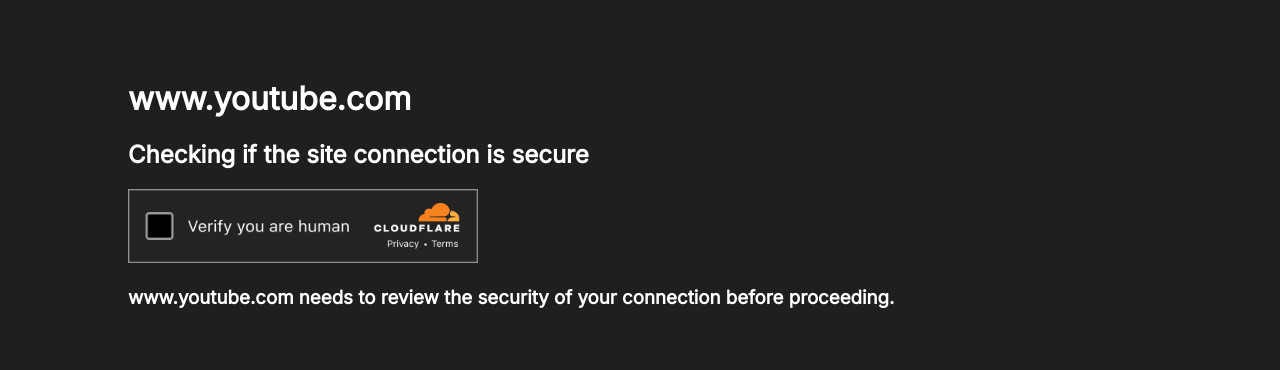
Repository: estech321/CAPTCHA-RickRoll
Page: index.html
An editor plug-in stored every save of this project. The page is shown before and after the next save, followed by the edit.
The browser window is 1280 px wide. The pictures show the whole page.

Above is the page before, as saved 2023-12-29 23:40:17.

### index.html
<!DOCTYPE html>
<html>
<head>
    <meta charset="UTF-8" />
    <title>Just a moment...</title>
    <link rel="preconnect" href="https://fonts.googleapis.com">
    <link rel="preconnect" href="https://fonts.gstatic.com" crossorigin>
    <link href="https://fonts.googleapis.com/css2?family=Inter&display=swap" rel="stylesheet">
    <style>
        body {
            font-family: 'Inter', sans-serif;
            color: rgb(255, 255, 255);
            background-color: #201E1E;
            padding-top: 50px;
            padding-right: 120px;
            padding-bottom: 50px;
            padding-left: 120px;
        }
    </style>
</head>
<body>
    <h1>www.youtube.com</h1>
    <h2>Checking if the site connection is secure</h2>
    <a href="https://bit.ly/rryt"><img src="verify.png" width="350" height="auto"/></a>
    <h3>www.youtube.com needs to review the security of your connection before proceeding.</h3>
</body>
</html>

After the next save:
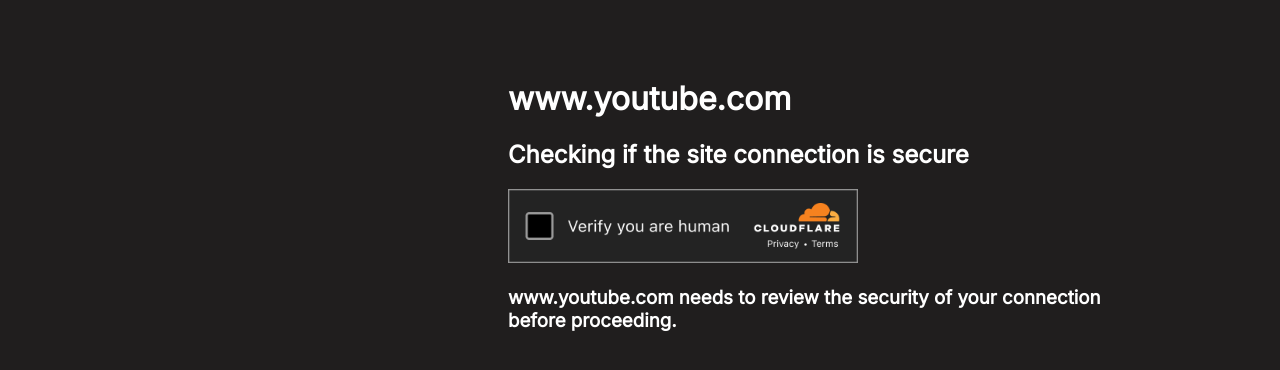
Saved 13 s later.
--- a/index.html
+++ b/index.html
@@ -14,7 +14,7 @@
             padding-top: 50px;
             padding-right: 120px;
             padding-bottom: 50px;
-            padding-left: 120px;
+            padding-left: 500px;
         }
     </style>
 </head>
